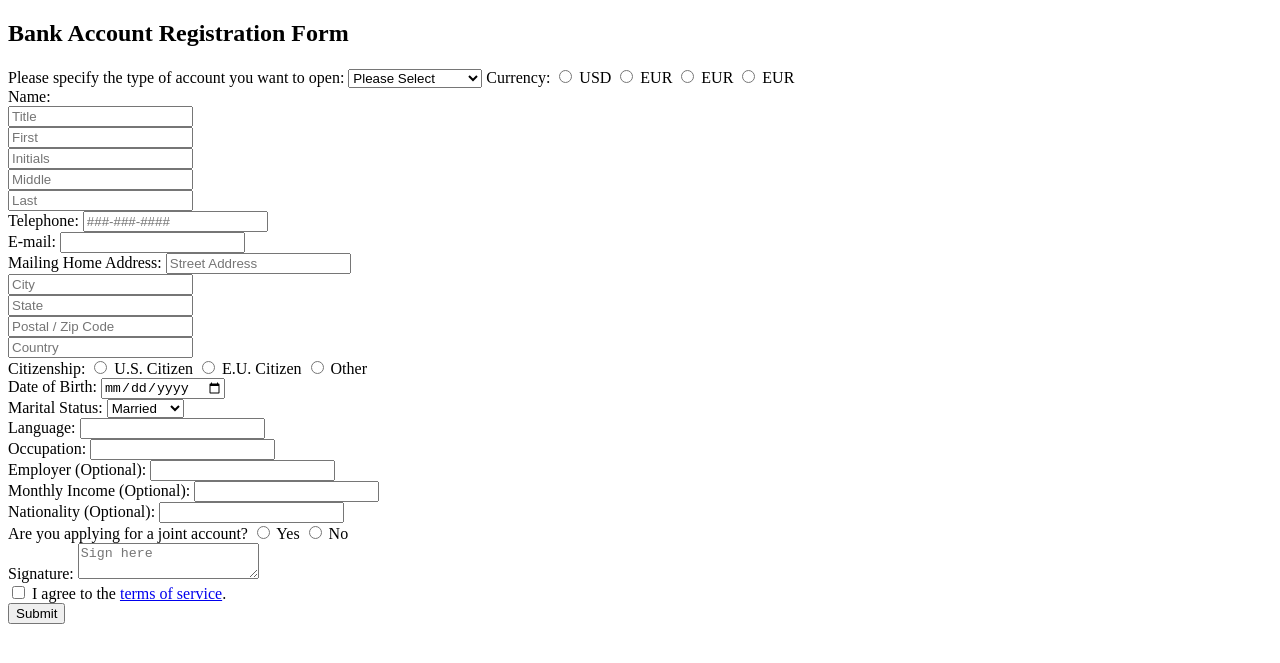
Repository: hizeetech/First-Assignment
Page: sign_up.html
An editor plug-in stored every save of this project. The page is shown before and after a run of saves, followed by the edit.
The browser window is 1280 px wide. The pictures show the whole page.

Above is the page before, as saved 2024-11-09 01:51:24.

After the next 2 saves:
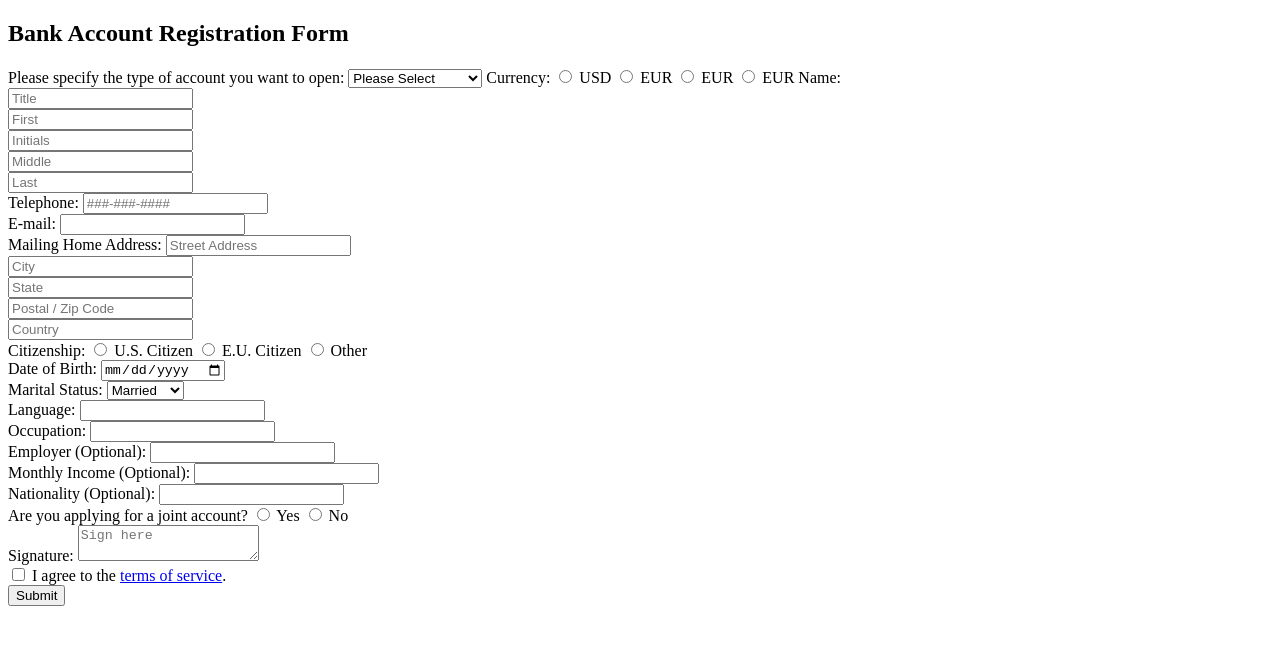
The 2 saves are shown as one change because they came seconds apart.
The last was saved 24 s later.
--- a/sign_up.html
+++ b/sign_up.html
@@ -27,8 +27,6 @@
             <label><input type="radio" name="currency" value="POUNDS"> EUR</label>
         </div>
 
-        <!-- Name Fields -->
-        <div class="form-group">
             <label for="title">Name:</label>
             <div class="inline"><input type="text" id="title" name="title" placeholder="Title"></div>
             <div class="inline"><input type="text" name="first_name" placeholder="First" required></div>
